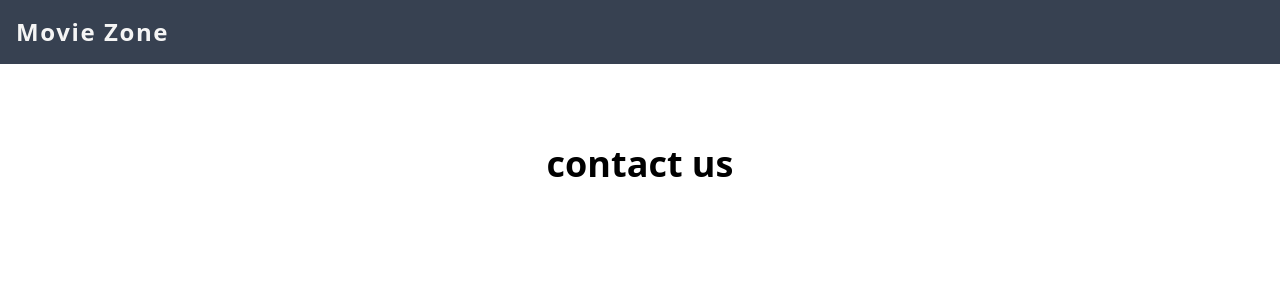
Repository: Ucheobikingsley/movie_catalogue
Page: /contact (app in etap_movie_catalog/)
An editor plug-in stored every save of this project. The page is shown before and after the next save, followed by the edit.
The browser window is 1280 px wide. The pictures show the whole page.
The project was rebuilt for these pictures with package versions that can differ from the ones it lists, and the page was loaded fresh each time. The framework's server and built-in components were replaced by stand-ins that run in the browser. Also part of the build but not shown: etap_movie_catalog/next.config.js.

Above is the page before, as saved 2023-04-30 01:18:11.

### etap_movie_catalog/pages/_app.tsx
import { Layout } from '@/components/Layout'
import '@/styles/globals.css'
import type { AppProps } from 'next/app'

export default function App({ Component, pageProps }: AppProps) {
  return(
    <Layout>
        <Component {...pageProps} />
    </Layout>
  )


}

### etap_movie_catalog/pages/contact.tsx
import React from 'react'

const contact = () => {
  return (
    <div className="text-center mt-20">
        <h1 className="text-4xl font-bold">contact us</h1>
    </div>
  )
}

export default contact

### etap_movie_catalog/components/Layout.tsx
import React,{ReactNode} from 'react'
import Navbar from './Navbar'
type LayoutProps = {children?: ReactNode}
export const Layout = ({children}:LayoutProps) => {
  return (
    <>
    <Navbar/>
    <main>
        {children}
    </main>
    </>
  )
}

### etap_movie_catalog/components/Navbar.tsx
import Link from 'next/link'
import React from 'react'

const Navbar = () => {
  return (
    <div className='bg-gray-700 '>
        <div className="font-bold text-neutral-100 p-4 max-w-7xl mx-auto container tracking-widest">
            <Link href="/" className='text-base md:text-2xl'>
                Movie <span className='text-#63AFFF-600'>Zone</span>
            </Link>

        </div>
    </div>
  )
}

export default Navbar

Loaded but not shown: etap_movie_catalog/pages/_document.tsx (common file); etap_movie_catalog/styles/globals.css (common file); etap_movie_catalog/tailwind.config.js (common file)

After the next save:
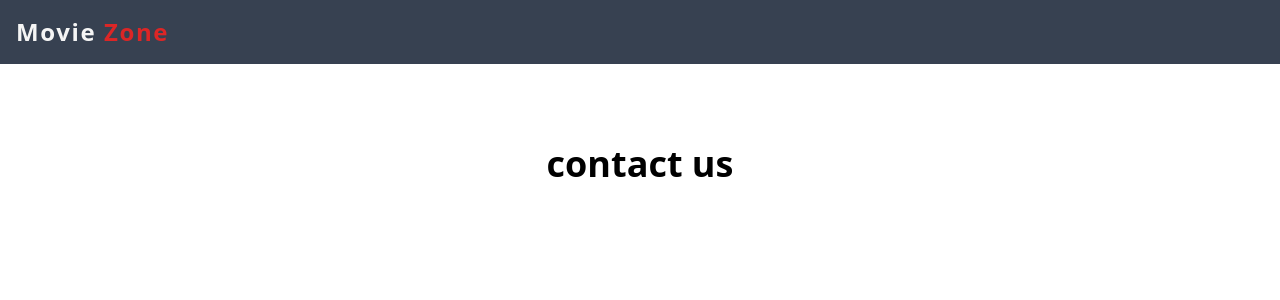
Saved 14 s later.
--- a/etap_movie_catalog/components/Navbar.tsx
+++ b/etap_movie_catalog/components/Navbar.tsx
@@ -6,7 +6,7 @@
     <div className='bg-gray-700 '>
         <div className="font-bold text-neutral-100 p-4 max-w-7xl mx-auto container tracking-widest">
             <Link href="/" className='text-base md:text-2xl'>
-                Movie <span className='text-#63AFFF-600'>Zone</span>
+                Movie <span className='text-red-600'>Zone</span>
             </Link>
 
         </div>
